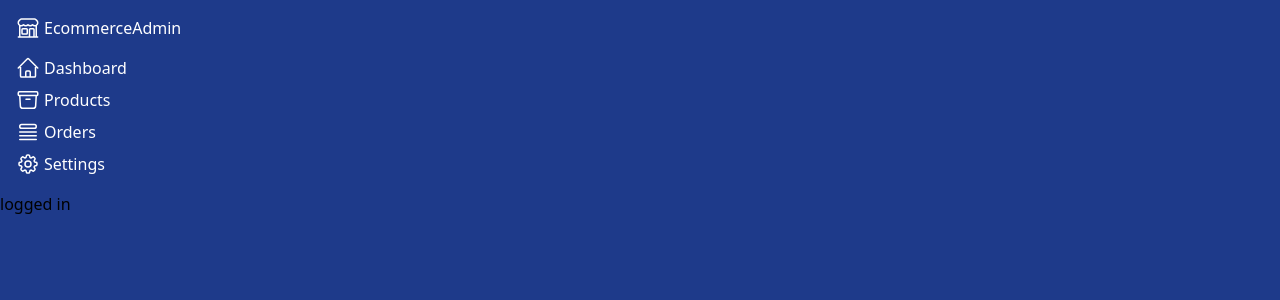
Repository: xoshiraghavx/CRUDS
Page: /
The author's editor kept a copy of each file at every save. The page is drawn from the files as they stood at one save, then again after the next save.
The browser window is 1280 px wide. The pictures show the whole page.
The page's requests for data from a server got no answer. The project was rebuilt for these pictures with package versions that can differ from the ones it lists, and the page was loaded fresh each time. The framework's server and built-in components were replaced by stand-ins that run in the browser. No one was signed in, and anything a server would have sent is missing. Also part of the build but not shown: next.config.mjs.

Above is the page before, as saved 2024-02-22 19:37:33.

After the next save:
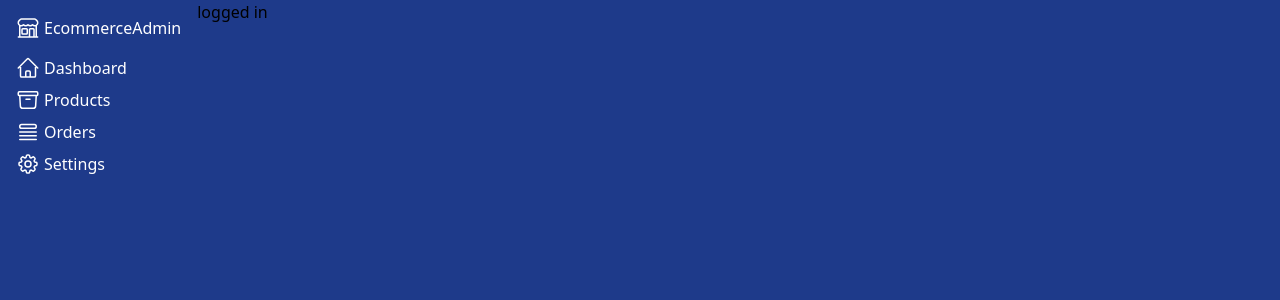
Saved 39 s later.
--- a/pages/index.js
+++ b/pages/index.js
@@ -13,7 +13,7 @@ export default function Home() {
   //   )
   // }
   return (
-    <div className="bg-blue-900 min-h-screen">
+    <div className="bg-blue-900 min-h-screen flex">
       <Nav />
     <div>logged in
       {/* {session.user.email} */}
